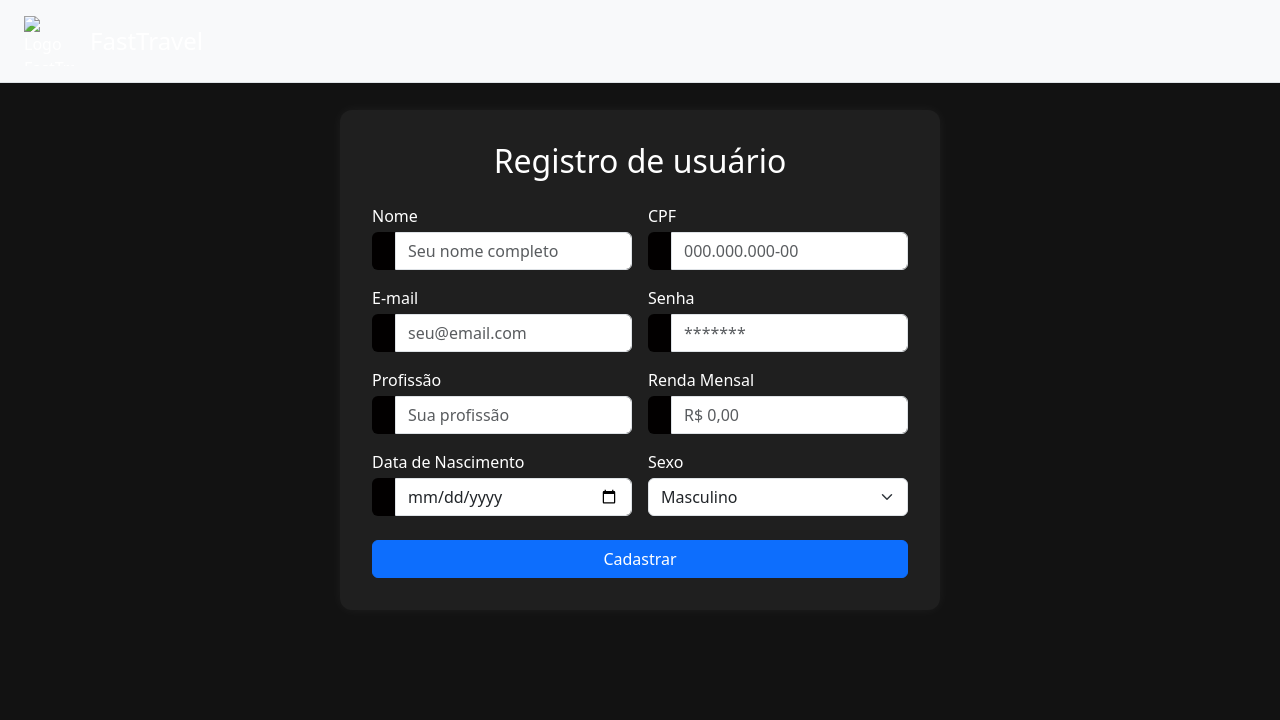
Repository: Suttiago/fasttravel-back
Page: app/templates/Cadastro.html
An editor plug-in stored every save of this project. The page is shown before and after the next save, followed by the edit.
The browser window is 1280 px wide. The pictures show the whole page.
The template is drawn by Flask 3. The application's start-up code is not run. Other server files are loaded and not shown. The template is opened directly, without the code that normally fills it, so the values that code supplies are empty.

Above is the page before, as saved 2025-05-30 10:03:31.
Not found: static/img/logo.png

### app/templates/Cadastro.html
<!DOCTYPE html>
<html lang="pt-br">

<head>

  <meta charset="UTF-8">
  <meta name="viewport" content="width=device-width, initial-scale=1.0">
  <title></title>
  <link href="https://cdn.jsdelivr.net/npm/bootstrap@5.3.5/dist/css/bootstrap.min.css" rel="stylesheet">
  <link rel="stylesheet" href="{{ url_for('static', filename='style.css') }}">

</head>

  <header class="bg-light py-3 px-4 border-bottom fixed-top">
    <div class="d-flex align-items-center">
      <img src="{{ url_for('static', filename='img/logo.png') }}" alt="Logo FastTravel" width="50" height="50" class="me-3">
      <h1 class="h4 m-0">FastTravel</h1>
    </div>
  </header>

  <!-- Adiciona margem superior para evitar sobreposição -->
  <div class="form-container">
    <h2 class="text-center mb-4">Registro de usuário</h2>
    <form action="/usuarios" method="POST">
      <div class="row g-3">
        <div class="col-md-6">
          <label for="nome" class="form-label">Nome</label>
          <div class="input-group">
            <span class="input-group-text"><i class="bi bi-person"></i></span>
            <input type="text" class="form-control" id="nome" name="nome" placeholder="Seu nome completo" required>
          </div>
        </div>

        <div class="col-md-6">
          <label for="cpf" class="form-label">CPF</label>
          <div class="input-group">
            <span class="input-group-text"><i class="bi bi-credit-card"></i></span>
            <input type="text" class="form-control" id="cpf" name="cpf" placeholder="000.000.000-00" required>
          </div>
        </div>

        <div class="col-md-6">
          <label for="email" class="form-label">E-mail</label>
          <div class="input-group">
            <span class="input-group-text"><i class="bi bi-envelope"></i></span>
            <input type="email" class="form-control" id="email" name="email" placeholder="seu@email.com" required>
          </div>
        </div>

        <div class="col-md-6">
          <label for="senha" class="form-label">Senha</label>
          <div class="input-group">
            <span class="input-group-text"><i class="bi bi-lock"></i></span>
            <input type="password" class="form-control" id="senha" name="senha" placeholder="*******" required>
          </div>
        </div>

        <div class="col-md-6">
          <label for="profissao" class="form-label">Profissão</label>
          <div class="input-group">
            <span class="input-group-text"><i class="bi bi-briefcase"></i></span>
            <input type="text" class="form-control" id="profissao" name="profissao" placeholder="Sua profissão">
          </div>
        </div>

        <div class="col-md-6">
          <label for="renda" class="form-label">Renda Mensal</label>
          <div class="input-group">
            <span class="input-group-text"><i class="bi bi-currency-dollar"></i></span>
            <input type="number" step="0.01" class="form-control" id="renda" name="renda" placeholder="R$ 0,00">
          </div>
        </div>

        <div class="col-md-6">
          <label for="data_nascimento" class="form-label">Data de Nascimento</label>
          <div class="input-group">
            <span class="input-group-text"><i class="bi bi-calendar"></i></span>
            <input type="date" class="form-control" id="data_nascimento" name="data_nascimento" required>
          </div>
        </div>

        <div class="col-md-6">
          <label for="sexo" class="form-label">Sexo</label>
          <select class="form-select" id="sexo" name="sexo">
            <option value="Masculino">Masculino</option>
            <option value="Feminino">Feminino</option>
            <option value="Outro">Outro</option>
          </select>
        </div>
      </div>

      <div class="d-grid mt-4">
        <button type="submit" class="btn btn-primary">Cadastrar</button>
      </div>
    </form>

  </div>
  <script src="https://cdn.jsdelivr.net/npm/bootstrap@5.3.5/dist/js/bootstrap.bundle.min.js"></script>
</body>

</html>

### app/static/style.css
body {
    background-color: #121212;
    color: #ffffff;
    min-height: 100vh;
    display: flex;
    justify-content: center;
    align-items: center;
    padding: 1rem;
  }

  .form-container {
    background-color: #1f1f1f;
    padding: 2rem;
    border-radius: 12px;
    box-shadow: 0 0 12px rgba(255, 255, 255, 0.05);
    width: 100%;
    max-width: 600px;
  }

  .form-label {
    margin-bottom: 0.25rem;
    font-weight: 500;
  }

  .input-group-text {
    background-color: #020000;
    border: none;
    color: rgb(7, 0, 0);
  }

 /* .form-control, .form-control:focus {
    background-color: #000000;
    border: none;
    color: rgb(0, 0, 0);
  }

  .btn-primary {
    background-color: #6e0823;
    border: none;
    font-weight: bold;
  }

  .btn-primary:hover {
    background-color: #810826;
  }
  */
  placeholder {
    color: #661313; /* tom cinza claro para melhor visibilidade */
    opacity: 1; /* força a visibilidade total */
  }

After the next save:
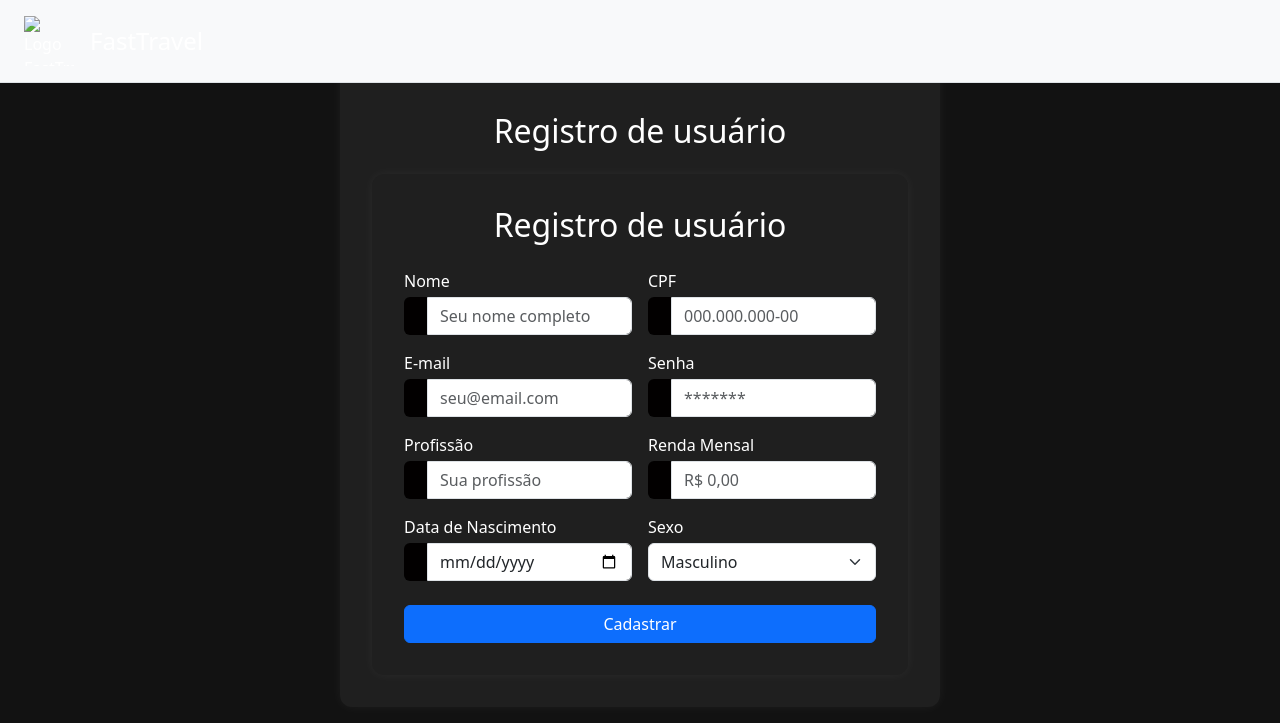
Saved 5 s later.
--- a/app/templates/Cadastro.html
+++ b/app/templates/Cadastro.html
@@ -19,6 +19,8 @@
   </header>
 
   <!-- Adiciona margem superior para evitar sobreposição -->
+  <div class="form-container mt-5 pt-5">
+    <h2 class="text-center mb-4">Registro de usuário</h2>
   <div class="form-container">
     <h2 class="text-center mb-4">Registro de usuário</h2>
     <form action="/usuarios" method="POST">
